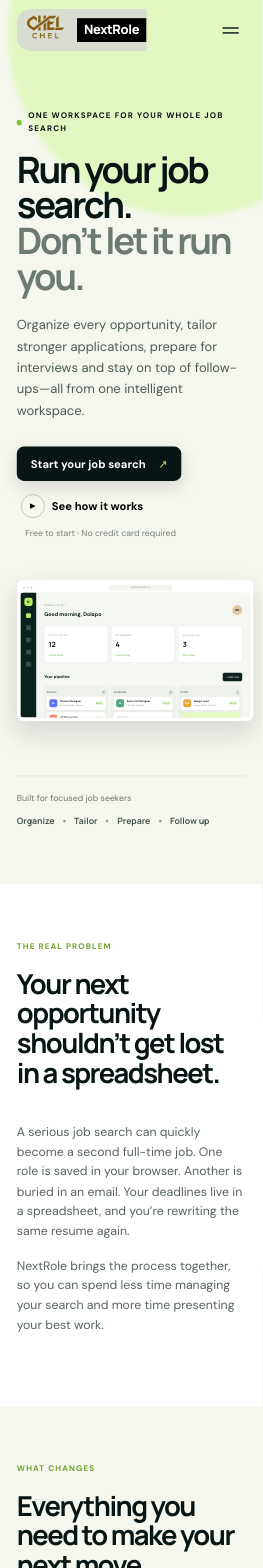
Repository: Lovethrech/NextRole-Nuxt-Portfolio
Page: /
These files come from the project's save history. The page is drawn as it stood at one moment and after the next save; the edit follows.
The browser window is 375 px wide. The pictures show the part of the page from y = 0 to 2240 px (the page is 7501 px tall before and 7172 px after), at 70% of full size.
The project was rebuilt for these pictures with package versions that can differ from the ones it lists, and the page was loaded fresh each time. The framework's server and built-in components were replaced by stand-ins that run in the browser. Also part of the build but not shown: nuxt.config.js.

Above is the page before, as saved 2026-09-12 17:20:02.

### assets/css/main.css
:root{
    --ink:#071514;
    --deep:#0d2421;
    --green:#b9ef63;
    --mint:#ddffc8;
    --paper:#f5f6ee;
    --white:#fff;
    --line:#d9ddd1;
    --muted:#65706c;
    --orange:#ff8a61;
    --blue:#6579ff;
    font-family:'DM Sans',sans-serif;
    color:var(--ink);
    background:var(--paper);
    font-synthesis:none;
}
*{
    box-sizing:border-box;
}
html{
    scroll-behavior:smooth;
}
body{
    margin:0;
    padding: 0;
    background:var(--paper);
    font-size:16px;
    line-height:1.6;
}
button,a{
    font:inherit;
}
button{
    cursor:pointer;
}
a{
    color:inherit;
    text-decoration:none;
}
.container{
    width:min(1580px,calc(100% - 120px));
    margin-inline:auto;
}
.site-shell{
    overflow:hidden;
}
.nav-wrap{
    position:absolute;
    inset:0 0 auto;
    z-index:20;
}
.nav{
    height:86px;
    display:flex;
    align-items:center;
    justify-content:space-between;
}
/* BRAND LOGO */
/* START */
.brand-logo-ctn{
    width: 70px;
}
.brand-logo-ctn img{
    width:100%;
}
#brand-sub-name{
    margin:auto 0;
    padding:2px 10px;
    background-color: #000000;
    color:#ffffff;
}

/* END */
.brand{
    background-color: var(--line);
    padding: 8px 0 8px 6px;
    border-radius: 20px 0 0 20px;
    display:flex;
    align-items:center;
    gap:10px;
    font-family:Manrope,sans-serif;
    font-weight:800;
    font-size:1.15rem;
    letter-spacing:-.03em;
}
.nav-links{
    display:flex;
    align-items:center;
    gap:32px;
    font-weight:600;
    font-size:.9rem;
}
.nav-links>a{
    color:#33423f;
}
.button{
    border:0;
    display:inline-flex;
    align-items:center;
    justify-content:center;
    gap:18px;
    border-radius:10px;
    padding:15px 20px;
    font-weight:700;
    line-height:1.2;
    transition:transform .2s,box-shadow .2s;
}
.button:hover{
    transform:translateY(-2px);
}
.button-small{
    padding:11px 15px;
}
.button-ghost{
    border:1px solid #b9c0b5;
    background:transparent;
}
.button-primary{
    background:var(--ink);
    color:#fff;
    box-shadow:0 8px 24px #07151424;
}
.button-primary span,.button-light span{
    color:var(--green);
}
.button-light{
    background:#fff;
    color:var(--ink);
}
.menu-button{
    display:none;
}
.hero{
    min-height:880px;
    padding-top:178px;
    position:relative;
}
.hero:before{
    content:'';
    position:absolute;
    width:520px;
    height:520px;
    border-radius:50%;
    background:#dff8b9;
    filter:blur(4px);
    right:-180px;
    top:-210px;
    opacity:.8;
}
.hero-copy{
    width:56%;
    position:relative;
    z-index:2;
}
.eyebrow,.section-kicker{
    font-size:.72rem;
    font-weight:800;
    letter-spacing:.14em;
    text-transform:uppercase;
    display:flex;
    align-items:center;
    gap:9px;
}
.eyebrow span{
    width:8px;
    height:8px;
    border-radius:50%;
    background:#75c525;
}
.hero h1{
    font-family:Manrope,sans-serif;
    font-size:clamp(3.4rem,4.5vw,6.15rem);
    line-height:.98;
    letter-spacing:-.065em;
    margin:24px 0 28px;
    font-weight:700;
}
.hero h1 em{
    font-style:normal;
    color:#6d7a74;
}
.hero-lede{
    font-size:1.16rem;
    line-height:1.65;
    color:#4e5d58;
    max-width:630px;
}
.hero-actions{
    display:flex;
    align-items:center;
    gap:28px;
    margin-top:36px;
}
.text-link{
    border:0;
    background:none;
    font-weight:700;
    display:flex;
    align-items:center;
    gap:10px;
}
.play{
    border:1px solid #aeb6ac;
    border-radius:50%;
    width:34px;
    height:34px;
    display:grid;
    place-items:center;
    font-size:.65rem;
}
.microcopy{
    font-size:.78rem;
    color:#77817d;
    margin:12px 0 0 12px;
}
.dashboard-frame{
    position:absolute;
    z-index:3;
    width:560px;
    right: 4vh;
    top:220px;
    background:#fff;
    padding:10px;
    border-radius:18px;
    box-shadow:0 35px 80px #0c2b2226;
    transform:rotate(-1.3deg);
    border:1px solid #e5e9df;
}
.frame-bar{
    height:28px;
    display:flex;
    align-items:center;
    gap:5px;
    padding:0 8px;
}
.frame-bar span{
    width:6px;
    height:6px;
    background:#cad0c7;
    border-radius:50%;
}
.frame-bar p{
    font-size:.52rem;
    background:#f2f4ef;
    color:#8b948f;
    padding:2px 65px;
    border-radius:4px;
    margin:auto;
}
.dash{
    height:380px;
    display:flex;
    background:#f4f6f1;
    border-radius:10px;
    overflow:hidden
}
.dash-side{
    width:52px;
    background:#0b211e;
    display:flex;
    flex-direction:column;
    align-items:center;
    gap:22px;
    padding-top:16px;
}
.mini-brand{
    width:25px;
    height:25px;
    border-radius:7px;
    background:var(--green);
    display:grid;
    place-items:center;
    font-size:.65rem;
}
.dash-side i{
    width:15px;
    height:15px;
    border-radius:4px;
    background:#33514b;
}
.dash-side i.active{
    background:var(--green);
}
.dash-main{
    padding:24px;
    width:100%;
}
.dash-top{
    display:flex;
    justify-content:space-between;
    align-items:center;
}
.dash-top small,.stat-grid small{
    font-size:.45rem;
    letter-spacing:.11em;
    color:#88918d;
}
.dash-top h3{
    font-size:1rem;
    margin:4px 0;
}
.avatar{
    width:30px;
    height:30px;
    border-radius:50%;
    background:#e4c6a5;
    display:grid;
    place-items:center;
    font-size:.55rem;
    font-weight:800;
}
.stat-grid{
    display:grid;
    grid-template-columns:repeat(3,1fr);
    gap:10px;
    margin:18px 0
}
.stat-grid>div{
    padding:12px;
    border-radius:8px;
    background:#fff;
    border:1px solid #e4e8e1;
}
.stat-grid strong{
    display:block;
    font-family:Manrope;
    font-size:1.35rem;
}
.stat-grid span{
    font-size:.5rem;
    color:#59a733;
}
.pipeline-head{
    display:flex;
    justify-content:space-between;
    align-items:center;
}
.pipeline-head h4{
    font-size:.76rem;
}
.pipeline-head button{
    font-size:.55rem;
    border:0;
    background:#0b211e;
    color:white;
    padding:6px 9px;
    border-radius:5px;
}
.pipeline{
    display:grid;
    grid-template-columns:repeat(3,1fr);
    gap:8px;
}
.lane{
    background:#edf0eb;border-radius:7px;padding:8px}.lane>p{font-size:.45rem;font-weight:800;color:#6b7570
}
.lane>p b{
    float:right;
    background:#dce2da;
    padding:1px 4px;
    border-radius:3px;
}
.lane article{
    background:#fff;
    padding:8px;
    margin-top:7px;
    border-radius:6px;
    display:grid;
    grid-template-columns:26px 1fr auto;
    gap:6px;
    align-items:center;
    box-shadow:0 2px 7px #1933290b;
}
.company-icon{width:24px;height:24px;display:grid;place-items:center;border-radius:6px;font-size:.5rem;font-weight:800;color:white;
}.cobalt{background:#5f73ed;
}.coral{background:#ff8567;
}.mint{background:#4fa884;
}.gold{background:#e5a83a;
}.lane article strong{font-size:.48rem;display:block;
}.lane article small{font-size:.4rem;color:#7f8984;display:block;
}.lane article mark{font-size:.38rem;background:#e5f8d7;color:#55982d;border-radius:3px;padding:2px;
}.lane article.task,.lane article.celebrate{display:block;padding:10px;
}.lane .task span{font-size:.42rem;color:#dd6d49;
}.lane .celebrate{background:#e4f8bf;
}.lane .celebrate>span{font-size:.9rem;color:#62a329;
}
.hero-proof{
    position:absolute;
    bottom:56px;
    left:0;
    right:0;
    border-top:1px solid var(--line);
    padding-top:22px;
    display:flex;
    justify-content:space-between;
    color:#6d7873;
    font-size:.78rem;
}
.hero-proof p{display:flex;align-items:center;gap:24px;margin:0;
}
.hero-proof b{font-family:Manrope;color:#4a5853;
}
.hero-proof i{width:4px;height:4px;background:#9aa49f;border-radius:50%;
}
.problem-section{background:#fff;padding:115px 0;
}
.problem-grid{display:grid;grid-template-columns:1.1fr .9fr;gap:120px;
}
.section-kicker{color:#71a22a;margin:0 0 22px;
}
.problem-grid h2,.section-heading h2,.how-copy h2,.control-copy h2,.faq h2,.final-cta h2{font-family:Manrope;font-size:clamp(2.3rem,4.3vw,4.5rem);line-height:1.08;letter-spacing:-.055em;margin:0;
}
.problem-copy{font-size:1.1rem;color:#58645f;
}
.problem-copy p{margin:0 0 22px;
}
.features{padding:120px 0;
}
.section-heading{display:flex;justify-content:space-between;align-items:end;margin-bottom:55px;
}
.section-heading h2{max-width:710px;
}
.section-heading>p{max-width:310px;color:#65706c;
}
.benefit-grid{
    display:grid;
    grid-template-columns:repeat(2,1fr);
    border-top:1px solid #cfd5cb;
    border-left:1px solid #cfd5cb;
}
.benefit-card{min-height:315px;
    padding:42px;
    border-right:1px solid #cfd5cb;
    border-bottom:1px solid #cfd5cb;
    position:relative;
    transition:background .25s,transform .25s;
}
.benefit-card:hover{background:#fff;transform:translateY(-3px);
}
.benefit-card>span{font-family:Manrope;font-size:.75rem;color:#89928e;
}
.benefit-card h3{font-family:Manrope;font-size:1.65rem;letter-spacing:-.035em;margin:28px 0 12px;
}
.benefit-card p{color:#65706c;max-width:440px;
}
.benefit-card strong{position:absolute;bottom:38px;color:#3f6c18;font-size:.85rem;
}
.how-section{background:var(--deep);color:#fff;padding:120px 0;
}
.how-grid{display:grid;grid-template-columns:.85fr 1.15fr;gap:130px;
}
.section-kicker.light{color:var(--green);
}
.how-copy>p:not(.section-kicker){color:#afbfba;font-size:1.05rem;max-width:430px;margin:26px 0 36px;
}
.steps{list-style:none;padding:0;margin:0;
}
.steps li{display:grid;grid-template-columns:60px 1fr;gap:20px;border-top:1px solid #35504b;padding:27px 0;
}
.steps li:last-child{border-bottom:1px solid #35504b;
}
.steps>li>span{color:var(--green);font:700 .75rem Manrope;
}
.steps h3{font:700 1.25rem Manrope;margin:0 0 6px;
}
.steps p{color:#9fb1ab;margin:0;
}
.control{padding:120px 0;
}
.control-card{background:#fff;border-radius:24px;display:grid;grid-template-columns:1fr 1fr;overflow:hidden;box-shadow:0 22px 60px #1a35250c;
}
.control-visual{background:#dff3bf;min-height:560px;display:grid;place-items:center;padding:50px;
}
.document{width:330px;background:white;border-radius:12px;padding:32px;box-shadow:0 25px 50px #4167222c;transform:rotate(-2deg);
}
.doc-label{font-size:.55rem;letter-spacing:.14em;font-weight:800;
}
.document>i{height:7px;background:#e6eae3;border-radius:4px;display:block;margin-top:17px;
}
.document>i.short{width:60%;
}
.document>i.medium{width:80%;
}
.suggestion{display:flex;gap:12px;background:#f3fae9;border:1px solid #cce9a6;padding:14px;border-radius:8px;margin:22px -12px;
}
.suggestion b{color:#599825;
}
.suggestion p{margin:0;
}
.suggestion strong{font-size:.72rem;display:block;
}
.suggestion small{font-size:.6rem;color:#6c776f;
}
.control-copy{padding:70px;display:flex;flex-direction:column;justify-content:center;
}
.control-copy>p:not(.section-kicker){color:#66716c;font-size:1.05rem;
}
.control-copy ul{list-style:none;padding:0;margin:18px 0 0;
}
.control-copy li{padding:12px 0;border-top:1px solid #e4e8e0;font-weight:600;
}
.control-copy li:before{content:'✓';display:inline-grid;place-items:center;margin-right:12px;width:23px;height:23px;border-radius:50%;background:#e5f7cd;color:#4e861e;font-size:.75rem;
}
.faq{padding:40px 0 120px;display:grid;grid-template-columns:.75fr 1.25fr;gap:120px;
}
.faq h2{font-size:3.2rem;
}
.accordion details{border-top:1px solid #cdd3ca;padding:24px 0;
}
.accordion details:last-child{border-bottom:1px solid #cdd3ca;
}
.accordion summary{list-style:none;font:700 1.05rem Manrope;display:flex;justify-content:space-between;cursor:pointer;
}
.accordion summary::-webkit-details-marker{display:none;
}
.accordion summary span{font-size:1.4rem;font-weight:400;
}
.accordion details[open] summary span{transform:rotate(45deg);
}
.accordion details p{color:#64706a;max-width:620px;margin:16px 40px 0 0;
}
.final-cta{background:#102c28;color:#fff;border-radius:28px;min-height:500px;padding:75px;display:grid;grid-template-columns:1.1fr .9fr;align-items:center;position:relative;overflow:hidden;
}
.final-cta h2{max-width:700px;
}
.final-cta p{color:#b2c0bc;
}
.final-cta small{display:block;color:#8ca19b;margin:12px;
}
.final-cta .button{margin-top:15px;
}
.orbit{height:350px;position:relative;display:grid;place-items:center;
}
.orbit span{position:absolute;border:1px solid #54716a;border-radius:50%;
}
.orbit-one{width:290px;height:290px;
}
.orbit-two{width:200px;height:200px;
}
.orbit b{width:95px;height:95px;border-radius:26px;background:var(--green);color:var(--deep);display:grid;place-items:center;font:800 2.2rem Manrope;box-shadow:0 0 70px #b9ef6352;
}
.footer{min-height:140px;display:flex;align-items:center;justify-content:space-between;gap:30px;font-size:.75rem;color:#79827e;
}
.footer p{max-width:480px;text-align:center;
}
.modal-backdrop{position:fixed;inset:0;background:#061411cc;backdrop-filter:blur(8px);z-index:50;display:grid;place-items:center;padding:20px;
}
.modal{width:min(550px,100%);background:var(--paper);border-radius:22px;padding:44px;position:relative;
}
.modal h2{font:700 2.25rem/1.1 Manrope;letter-spacing:-.05em;margin:0;
}
.modal>p:not(.section-kicker){color:#63706a;
}
.modal-close{position:absolute;right:20px;top:15px;border:0;background:none;font-size:2rem;
}
.modal-list{margin:28px 0;
}
.modal-list>span{float:left;color:#6b9c2a;font:bold .7rem Manrope;margin-top:5px;
}
.modal-list p{margin:0 0 18px 35px;
}
.modal-list b,.modal-list small{display:block;
}
.modal-list small{color:#68746e;
}
.fade-enter-active,.fade-leave-active{transition:opacity .2s;
}
.fade-enter-from,.fade-leave-to{opacity:0;
}

@media(max-width:1180px){
    .nav-wrap{position:absolute;
    }
    .menu-button{display:flex;flex-direction:column;gap:5px;border:0;background:none;padding:10px;
    }
    .menu-button span{width:23px;height:2px;background:var(--ink);
    }
    .nav-links{display:none;position:absolute;top:72px;left:20px;right:20px;background:white;padding:24px;border-radius:14px;box-shadow:0 20px 50px #172c2424;flex-direction:column;align-items:stretch;
    }
    .nav-links.open{display:flex;
    }
    .hero{padding-top:145px;min-height:auto;padding-bottom:80px;
    }
    .hero-copy{width:100%;
    }
    .hero h1{font-size:clamp(3rem,11vw,5rem);
    }
    .dashboard-frame{position:relative;top:auto;right:auto;width:100%;margin-top:55px;transform:none;
    }
    .hero-proof{position:relative;bottom:auto;margin-top:50px;
    }
    .problem-grid,.how-grid,.faq{grid-template-columns:1fr;gap:50px;
    }
    .section-heading{display:block;
    }
    .control-card{grid-template-columns:1fr;
    }
    .control-visual{min-height:420px;
    }
    .final-cta{grid-template-columns:1fr;
    }
    .orbit{display:none;
    }
    .footer{flex-direction:column;text-align:center;padding:50px 0;
    }
}

@media(max-width:600px){
    .container{width:min(100% - 48px,1180px);
    }
    .hero h1{font-size:3.25rem;
    }
    .hero-actions{align-items:flex-start;flex-direction:column;gap:18px;
    }
    .dashboard-frame{width:720px;transform:scale(.47);transform-origin:top left;margin-bottom:-200px;
    }
    .hero-proof{display:block;
    }
    .hero-proof p{margin-top:12px;gap:12px;flex-wrap:wrap;
    }
    .problem-section,.features,.how-section,.control{padding:80px 0;
    }
    .problem-grid h2,.section-heading h2,.how-copy h2,.control-copy h2,.faq h2,.final-cta h2{font-size:2.45rem;
    }
    .benefit-card{padding:28px;min-height:300px;
    }
    .how-grid{gap:55px;
    }
    .control-visual{padding:30px;min-height:380px;
    }
    .document{width:280px;
    }
    .control-copy{padding:38px 28px;
    }
    .faq{padding:10px 0 80px;gap:40px;
    }
    .final-cta{padding:48px 26px;min-height:520px;border-radius:20px;
    }
    .footer{align-items:center;
    }
    .modal{padding:36px 24px;
    }
    .modal h2{font-size:2rem;
    }
}

### app.vue
<script setup>
import { ref } from 'vue'

const mobileOpen = ref(false)
const demoOpen = ref(false)

const benefits = [
  { number: '01', title: 'Keep every opportunity organized', text: 'Save roles, deadlines, salary ranges, contacts and notes in one calm, searchable workspace.', outcome: 'Know what needs your attention next.' },
  { number: '02', title: 'Tailor without starting over', text: 'Compare your experience with each role and build a focused application draft for your review.', outcome: 'Create relevant applications, faster.' },
  { number: '03', title: 'Prepare with real confidence', text: 'Turn job requirements into practice questions and connect them to examples from your experience.', outcome: 'Arrive ready to tell your story.' },
  { number: '04', title: 'Never miss a follow-up', text: 'Set reminders for recruiter replies, interviews, thank-you notes and application deadlines.', outcome: 'Stay consistent without relying on memory.' }
]

const steps = [
  ['Save the opportunity', 'Keep the role, company, deadline and job description together.'],
  ['Review your fit', 'See where your verified skills and experience meet the requirements.'],
  ['Prepare your application', 'Create a tailored resume draft, cover letter and checklist.'],
  ['Track what happens next', 'Record interviews, schedule follow-ups and move each role forward.']
]

const faqs = [
  ['Does NextRole apply for jobs automatically?', 'No. NextRole helps you research, prepare, organize and track applications. You decide what gets submitted.'],
  ['Will it invent skills or experience?', 'No. NextRole works with the information you provide. You review every suggestion before using it.'],
  ['Can I manage several applications?', 'Yes. Organize opportunities by stage, deadline, company and priority from one dashboard.'],
  ['Do I need to replace my current resume?', 'No. Upload your existing resume and use it as the foundation for role-specific drafts.']
]
</script>

<template>
  <div class="site-shell">
    <header class="nav-wrap">
      <nav class="nav container" aria-label="Primary navigation">
        <a class="brand" href="#top" aria-label="NextRole home">
          <span class="brand-logo-ctn">
            <img src="./assets/ChelLogoImg.png" alt="Chel Brand Logo" class="brand-logo"/>
          </span>
          <span id="brand-sub-name">NextRole</span>
        </a>
        <button class="menu-button" type="button" :aria-expanded="mobileOpen" aria-label="Toggle menu" @click="mobileOpen = !mobileOpen"><span></span><span></span></button>
        <div class="nav-links" :class="{ open: mobileOpen }">
          <a href="#features" @click="mobileOpen = false">Features</a>
          <a href="#how" @click="mobileOpen = false">How it works</a>
          <a href="#faq" @click="mobileOpen = false">FAQ</a>
          <button class="button button-small button-ghost" @click="demoOpen = true">See the workspace</button>
        </div>
      </nav>
    </header>

    <main id="top">
      <section class="hero container">
        <div class="hero-copy">
          <p class="eyebrow"><span></span>One workspace for your whole job search</p>
          <h1>Run your job search.<br><em>Don’t let it run you.</em></h1>
          <p class="hero-lede">Organize every opportunity, tailor stronger applications, prepare for interviews and stay on top of follow-ups—all from one intelligent workspace.</p>
          <div class="hero-actions">
            <a class="button button-primary" href="#cta">Start your job search <span>↗</span></a>
            <button class="text-link" @click="demoOpen = true"><span class="play">▶</span> See how it works</button>
          </div>
          <p class="microcopy">Free to start · No credit card required</p>
        </div>

        <div class="dashboard-frame" aria-label="NextRole application dashboard preview">
          <div class="frame-bar"><span></span><span></span><span></span><p>app.nextrole.co</p></div>
          <div class="dash">
            <aside class="dash-side">
              <div class="mini-brand"><b>N</b></div>
              <i class="active"></i><i></i><i></i><i></i><i></i>
            </aside>
            <div class="dash-main">
              <div class="dash-top"><div><small>MONDAY, 14 OCT</small><h3>Good morning, Dolapo</h3></div><span class="avatar">DR</span></div>
              <div class="stat-grid">
                <div><small>ACTIVE ROLES</small><strong>12</strong><span>+3 this week</span></div>
                <div><small>INTERVIEWS</small><strong>4</strong><span>2 upcoming</span></div>
                <div><small>FOLLOW-UPS</small><strong>3</strong><span>Due today</span></div>
              </div>
              <div class="pipeline-head"><h4>Your pipeline</h4><button>+ Add role</button></div>
              <div class="pipeline">
                <div class="lane"><p>APPLIED <b>3</b></p><article><span class="company-icon cobalt">NL</span><div><strong>Product Designer</strong><small>Northstar Labs · Remote</small></div><mark>86% fit</mark></article><article><span class="company-icon coral">B</span><div><strong>UX Researcher</strong><small>Brightline · London</small></div><mark>78% fit</mark></article></div>
                <div class="lane"><p>INTERVIEW <b>2</b></p><article><span class="company-icon mint">M</span><div><strong>Senior UX Designer</strong><small>Meridian · Remote</small></div><mark>92% fit</mark></article><article class="task"><small>NEXT STEP</small><strong>Prepare portfolio walkthrough</strong><span>Tomorrow · 10:30</span></article></div>
                <div class="lane"><p>OFFER <b>1</b></p><article><span class="company-icon gold">KW</span><div><strong>Design Lead</strong><small>Kinetic Works · Remote</small></div><mark>90% fit</mark></article><article class="celebrate"><span>✦</span><strong>You’re close.</strong><small>Review your notes before Friday.</small></article></div>
              </div>
            </div>
          </div>
        </div>
        <div class="hero-proof"><span>Built for focused job seekers</span><p><b>Organize</b><i></i><b>Tailor</b><i></i><b>Prepare</b><i></i><b>Follow up</b></p></div>
      </section>

      <section class="problem-section">
        <div class="container problem-grid">
          <div><p class="section-kicker">THE REAL PROBLEM</p><h2>Your next opportunity shouldn’t get lost in a spreadsheet.</h2></div>
          <div class="problem-copy"><p>A serious job search can quickly become a second full-time job. One role is saved in your browser. Another is buried in an email. Your deadlines live in a spreadsheet, and you’re rewriting the same resume again.</p><p>NextRole brings the process together, so you can spend less time managing your search and more time presenting your best work.</p></div>
        </div>
      </section>

      <section id="features" class="features container">
        <p class="section-kicker">WHAT CHANGES</p>
        <div class="section-heading">
          <h2>
            Everything you need to make your next move.
          </h2>
          <p>Not more tabs. Not more noise. Just the right tools, in the right order.</p></div>
        <div class="benefit-grid">
          <article v-for="item in benefits" :key="item.number" class="benefit-card">
            <span>{{ item.number }}</span><h3>{{ item.title }}</h3><p>{{ item.text }}</p><strong>→ {{ item.outcome }}</strong>
          </article>
        </div>
      </section>

      <section id="how" class="how-section">
        <div class="container how-grid">
          <div class="how-copy"><p class="section-kicker light">A CLEARER WAY FORWARD</p><h2>From interesting role to focused application.</h2><p>NextRole gives every opportunity a simple path, while keeping you in control of every decision.</p><button class="button button-light" @click="demoOpen = true">Explore the workspace <span>↗</span></button></div>
          <ol class="steps">
            <li v-for="(step, index) in steps" :key="step[0]"><span>0{{ index + 1 }}</span><div><h3>{{ step[0] }}</h3><p>{{ step[1] }}</p></div></li>
          </ol>
        </div>
      </section>

      <section class="control container">
        <div class="control-card">
          <div class="control-visual"><div class="document"><span class="doc-label">APPLICATION DRAFT</span><i></i><i></i><i class="short"></i><div class="suggestion"><b>✦</b><p><strong>Keep this grounded</strong><small>Use your verified experience only.</small></p></div><i></i><i class="medium"></i></div></div>
          <div class="control-copy"><p class="section-kicker">AI, WITH YOU IN CONTROL</p><h2>Your application should still sound like you.</h2><p>NextRole helps organize information, identify relevant experience and produce useful first drafts. You review every word and decide what gets submitted.</p><ul><li>Uses only experience you provide</li><li>Shows suggestions—not silent changes</li><li>Keeps final approval in your hands</li></ul></div>
        </div>
      </section>

      <section id="faq" class="faq container">
        <div><p class="section-kicker">COMMON QUESTIONS</p><h2>A little clarity before you begin.</h2></div>
        <div class="accordion">
          <details v-for="(faq, index) in faqs" :key="faq[0]" :open="index === 0"><summary>{{ faq[0] }}<span>+</span></summary><p>{{ faq[1] }}</p></details>
        </div>
      </section>

      <section id="cta" class="final-cta container">
        <div><p class="section-kicker light">YOUR NEXT MOVE</p><h2>Make your next application your most focused one.</h2><p>Bring your opportunities, materials, interview prep and follow-ups together.</p><a class="button button-light" href="#top">Start your job search <span>↗</span></a><small>Free to start · No credit card required</small></div>
        <div class="orbit" aria-hidden="true"><span class="orbit-one"></span><span class="orbit-two"></span><b>N</b></div>
      </section>
    </main>

    <footer class="footer container">
      <a class="brand" href="#top" aria-label="NextRole home">
        <span class="brand-logo-ctn">
          <img src="./assets/ChelLogoImg.png" alt="Chel Brand Logo" class="brand-logo"/>
        </span>
        <span id="brand-sub-name">NextRole</span>
      </a>
      <p>Fictional SaaS concept created to demonstrate conversion copywriting, UX design and Nuxt development.</p>
      <span>© 2026 Concept project</span></footer>

    <Transition name="fade"><div v-if="demoOpen" class="modal-backdrop" @click.self="demoOpen = false"><section class="modal" role="dialog" aria-modal="true" aria-labelledby="demo-title"><button class="modal-close" aria-label="Close" @click="demoOpen = false">×</button><p class="section-kicker">WORKSPACE PREVIEW</p><h2 id="demo-title">One calm place for every next step.</h2><p>This portfolio concept demonstrates the product’s messaging and interface direction. No personal information is collected.</p><div class="modal-list"><span>01</span><p><b>Save a role</b><small>Capture everything important in one place.</small></p><span>02</span><p><b>Tailor your materials</b><small>Start from your verified experience.</small></p><span>03</span><p><b>Keep moving</b><small>Follow the next action, not the noise.</small></p></div><button class="button button-primary" @click="demoOpen = false">Got it</button></section></div></Transition>
  </div>
</template>

After the next save:
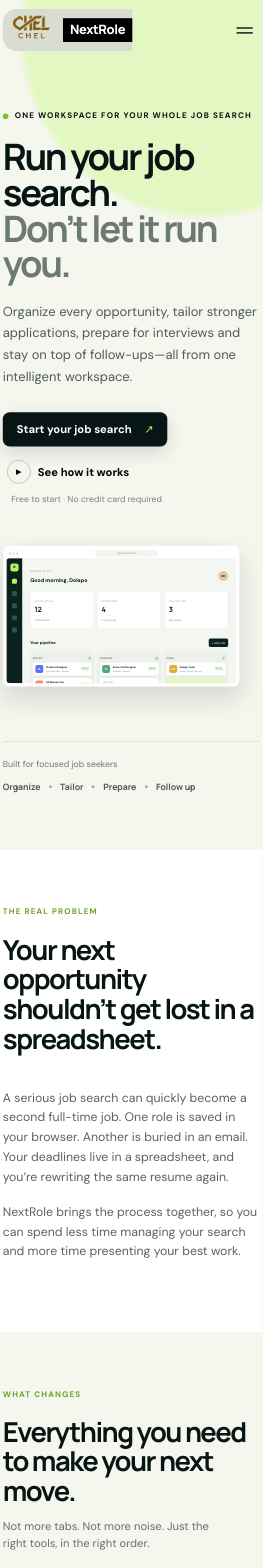
Saved 96 s later.
--- a/assets/css/main.css
+++ b/assets/css/main.css
@@ -606,7 +606,7 @@
 }
 
 @media(max-width:600px){
-    .container{width:min(100% - 48px,1180px);
+    .container{width:min(100% - 8px,1180px);
     }
     .hero h1{font-size:3.25rem;
     }
